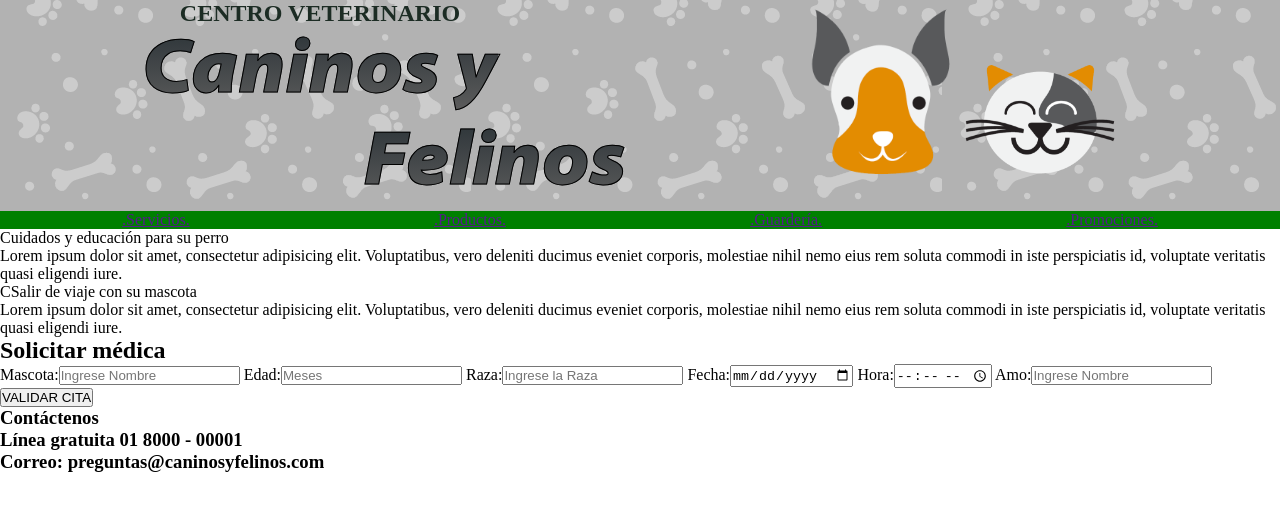
Repository: mariomr87/senaweb01
Page: principal.html
The author's editor kept a copy of each file at every save. The page is drawn from the files as they stood at one save, then again after the next save.
The browser window is 1280 px wide. The pictures show the whole page.

Above is the page before, as saved 2021-10-23 07:58:35.

### principal.html
<!DOCTYPE html>
<html lang="en">
<head>
    <meta charset="UTF-8">
    <meta http-equiv="X-UA-Compatible" content="IE=edge">
    <meta name="viewport" content="width=device-width, initial-scale=1.0">
    <link rel="stylesheet" href="estilos.css">
    <title>Document</title>
</head>
<body>
    <div>
        <header>
            <div id="cabecera">
                <div class="header-text">
                    <h3>CENTRO VETERINARIO</h3>
                    <h1><span id="header-text-degrad">Caninos y <br><span id="text-felinos">Felinos</span></spa></h1>
                </div>
                <div class="header-img">
                    <img src="./imagenes/dog_white.png" alt="">
                    <img src="./imagenes/cat_white.png" alt="">
                </div>
            </div>
        </header>
        <nav>
            <td>
                <tr><a href="">.Servicios.</a></tr>
                <tr><a href="">.Productos.</a></tr>
                <tr><a href="">.Guardería.</a></tr>
                <tr><a href="">.Promociones.</a></tr>
            </td>
        </nav>
        <section>
            <article>
                <p>Cuidados y educación para su perro</p>
                <p>Lorem ipsum dolor sit amet, consectetur adipisicing elit. Voluptatibus, vero deleniti ducimus eveniet corporis, molestiae nihil nemo eius rem soluta commodi in iste perspiciatis id, voluptate veritatis quasi eligendi iure.</p>
            </article>
            <article>
                <p>CSalir de viaje con su mascota</p>
                <p>Lorem ipsum dolor sit amet, consectetur adipisicing elit. Voluptatibus, vero deleniti ducimus eveniet corporis, molestiae nihil nemo eius rem soluta commodi in iste perspiciatis id, voluptate veritatis quasi eligendi iure.</p>
            </article>
        </section>
        <aside>
            <form action="">
                <div><h2>Solicitar médica</h2></div>
                <div>
                    <label for="mascota_name">Mascota:</label><input type="text" placeholder="Ingrese Nombre" id="">
                    <label for="age_pet">Edad:</label><input type="number" name="" id="" placeholder="Meses">
                    <label for="raza_pet">Raza:</label><input type="text" name="" id="" placeholder="Ingrese la Raza">
                    <label for="fecha_ingreso_pet">Fecha:</label><input type="date" name="" id="">
                    <label for="hora_ingreso_pet">Hora:</label><input type="time" name="" id="">
                    <label for="amo_pet">Amo:</label><input type="text" name="" id="" placeholder="Ingrese Nombre">
                    <button type="submit">VALIDAR CITA</button>
                </div>
            </form>
        </aside>
        <footer>
            <h3>Contáctenos</h3>
            <h3>Línea gratuita 01 8000 - 00001</h3>
            <h3>Correo: preguntas@caninosyfelinos.com</h3>
        </footer>
    </div>
</body>
</html>

### estilos.css
*{
    margin: 0px;
    padding: 0px;
}

@font-face {
    font-family: Myriad_Pro ;
    src: url(./extra/MyriadProBlackSemiExtendedItalic.otf);
}

h1{
    font-family: Myriad_pro;
}
header div img{
    width: 10em;
}

header{

}

#cabecera{
    background-image: url("./imagenes/fondo.png");
    background-repeat: initial;
    width: 100%;
    display: flex;
    text-align: center;


}

.header-text,.header-img{
    width:50%;
}

.header-text h3{
    font-size: 1.5em;
    color:#1c2c24;
}

.header-text h1{
    font-size: 4.8em;
}

#header-text-degrad{
    background: linear-gradient(#30373b,#5c5c5c);
    -webkit-background-clip: text;
    -webkit-text-fill-color: transparent;
    -webkit-text-stroke: 1px black;
}

#text-felinos{
    margin-left: 350px;
}

nav{
    display: flex;
    flex-direction: row;
    justify-content: space-around;
    background: green;
}

After the next save:
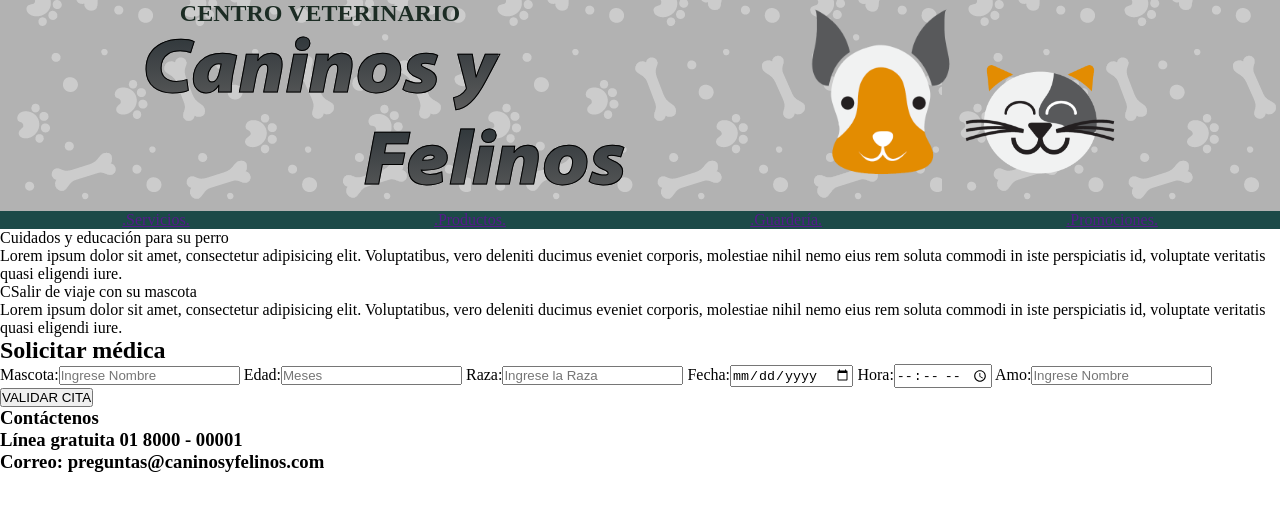
Saved 69 s later.
--- a/estilos.css
+++ b/estilos.css
@@ -57,5 +57,5 @@ nav{
     display: flex;
     flex-direction: row;
     justify-content: space-around;
-    background: green;
+    background: #1c4a48;
 }
